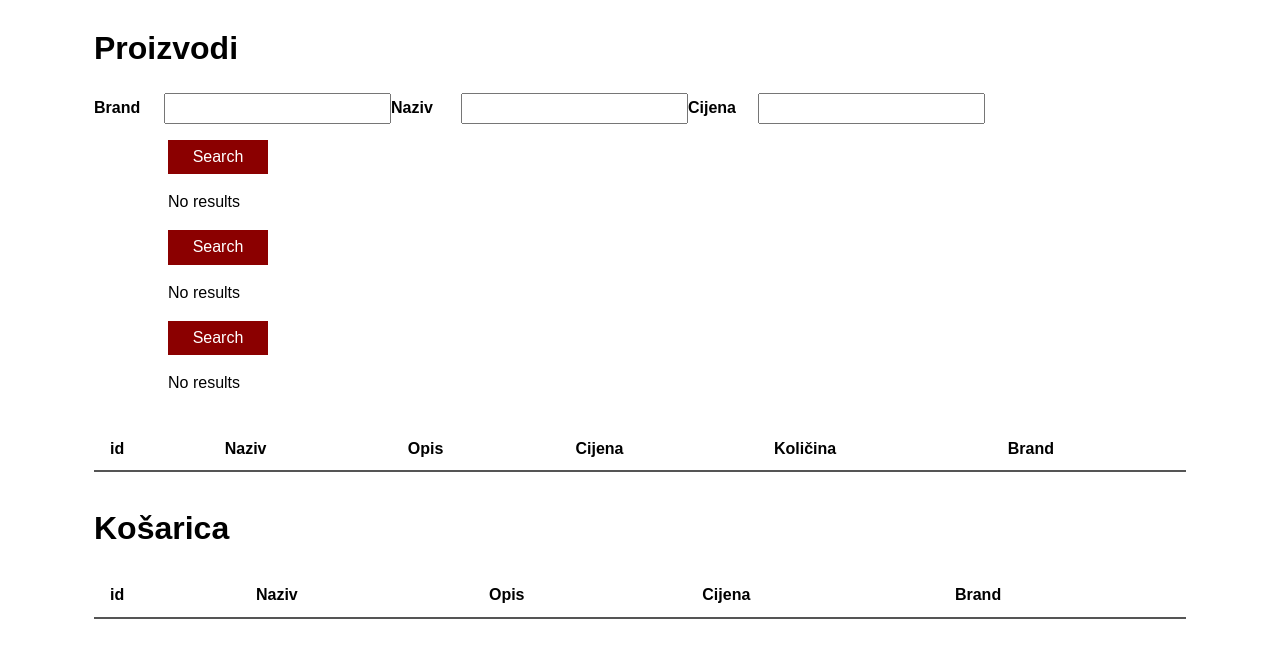
Repository: ivan-baljkas/pristupni_zadatak
Page: / (app in frontend/react-akademija-master/)
An editor plug-in stored every save of this project. The page is shown before and after the next save, followed by the edit.
The browser window is 1280 px wide. The pictures show the whole page.
The page's requests for data from a server got no answer. The project was rebuilt for these pictures with package versions that can differ from the ones it lists, and the page was loaded fresh each time. No one was signed in, and anything a server would have sent is missing. Also part of the build but not shown: frontend/react-akademija-master/src/components/TableItem.jsx, frontend/react-akademija-master/src/components/TableItem2.jsx.

Above is the page before, as saved 2021-07-26 10:44:45.

### frontend/react-akademija-master/public/index.html
<!DOCTYPE html>
<html lang="en">
  <head>
    <meta charset="utf-8" />
    <link rel="icon" href="%PUBLIC_URL%/favicon.ico" />
    <meta name="viewport" content="width=device-width, initial-scale=1" />
    <meta name="theme-color" content="#000000" />
    <meta
      name="description"
      content="Web site created using create-react-app"
    />
    <link rel="apple-touch-icon" href="%PUBLIC_URL%/logo192.png" />
    <!--
      manifest.json provides metadata used when your web app is installed on a
      user's mobile device or desktop. See https://developers.google.com/web/fundamentals/web-app-manifest/
    -->
    <link rel="manifest" href="%PUBLIC_URL%/manifest.json" />
    <!--
      Notice the use of %PUBLIC_URL% in the tags above.
      It will be replaced with the URL of the `public` folder during the build.
      Only files inside the `public` folder can be referenced from the HTML.

      Unlike "/favicon.ico" or "favicon.ico", "%PUBLIC_URL%/favicon.ico" will
      work correctly both with client-side routing and a non-root public URL.
      Learn how to configure a non-root public URL by running `npm run build`.
    -->
    <link rel="stylesheet" type="text/css" href="https://cdnjs.cloudflare.com/ajax/libs/normalize/8.0.1/normalize.min.css">
    <title>Ivan Baljkas</title>
  </head>
  <body>
    <noscript>You need to enable JavaScript to run this app.</noscript>
    <div id="root"></div>
    <!--
      This HTML file is a template.
      If you open it directly in the browser, you will see an empty page.

      You can add webfonts, meta tags, or analytics to this file.
      The build step will place the bundled scripts into the <body> tag.

      To begin the development, run `npm start` or `yarn start`.
      To create a production bundle, use `npm run build` or `yarn build`.
    -->
  </body>
</html>

### frontend/react-akademija-master/src/index.css
body {
  margin: 0;
  font-family: -apple-system, BlinkMacSystemFont, "Segoe UI", "Roboto", "Oxygen",
    "Ubuntu", "Cantarell", "Fira Sans", "Droid Sans", "Helvetica Neue",
    sans-serif;
  -webkit-font-smoothing: antialiased;
  -moz-osx-font-smoothing: grayscale;
}

body {
  max-width: 1140px;
  margin: 0 auto;
  padding: 24px;
  font-family: Arial, sans-serif;
  font-size: 16px;
  line-height: 1.5;
}

h1 {
  margin-top: 0;
}

html {
  box-sizing: border-box;
}
*,
*:before,
*:after {
  box-sizing: inherit;
}

table {
  border-collapse: collapse;
  text-align: left;
  margin-bottom: 2em;
  width: 100%;
}

thead {
  border-bottom: 2px solid #555;
}

thead th,
td {
  padding: 0.6em 1em;
}

tbody tr:nth-child(even) {
  background-color: #e9e9e9;
}

.pagination {
  text-align: center;
}

button {
  margin: 0 1.5em;
  background-color: darkred;
  color: white;
  border-width: 0;
  padding: 0.5em 1em;
  min-width: 100px;
}

button:disabled {
  opacity: 0.5;
}

.stats {
  border-bottom: 1px solid #555;
  padding-bottom: 1em;
  margin-bottom: 1em;
  text-align: center;
}

form div {
  margin-bottom: 1em;
}

form {
  margin-bottom: 2em;
}

form label {
  display: inline-block;
  min-width: 70px;
}

form button,
.result {
  margin-left: 74px;
}

form input {
  padding: 0.25em 0.5em;
}

form label {
  font-weight: bold;
}

### frontend/react-akademija-master/src/App.js
import React, {useState, useEffect} from "react";
import { SearchForm } from "./components/SearchForm";
import { CollectionTable } from "./components/CollectionTable";
import { TableItem } from "./components/TableItem";
import { TableItem2 } from "./components/TableItem2";
import { CollectionTable2 } from "./components/CollectionTable2";


const App = () => {

  const [state, setState]= useState({
      proizvodi:[],
      odabraniProizvodi:[],
      brandovi: [],
      searchQuery:'',
      brand:'',
      narudzbaId: 1
  });

  const [queryResult, setQueryResult]= useState('No results');


  /* Dohvaćanje proizvoda */
useEffect(() => {
  fetch(`http://localhost:8080/api/proizvod`)
    .then((data) => data.json())
    .then((data) => {
      console.log(data)
      setState({...state, proizvodi:data})
    })
    .catch((error)=>{
        console.log('Error: ',error);
    });

    fetch(`http://localhost:8080/api/brand`)
    .then((data) => data.json())
    .then((data) => {
      console.log(data)
      setState({...state, brandovi:data})
    })
    .catch((error)=>{
        console.log('Error: ',error);
    });
},[]);

const handleSearch = (event) => {
  event.preventDefault();

};

const handleQueryChange = (event) => {
  const value = event.currentTarget.value;
  setState({ ...state, searchQuery: value });
  };


const handleDodajProizvod = (proizvodId) => {

  const data = { narudzbaId: state.narudzbaId, proizvodId: proizvodId };


  fetch('http://localhost:8080/api/narudzba-proizvod', {
        method: 'POST',
        headers: {
        'Content-Type': 'application/json',
        },
        body: JSON.stringify(data),
        })
        .then(response => response.json())
        .then(data => {
        console.log('Success:', data);
          })
      .catch((error) => {
      console.error('Error:', error);
        });


  let newProizvodi = state.proizvodi;
  newProizvodi.forEach(p=>{
    if(p.id === proizvodId){
        p.kolicina=p.kolicina-1;
    }
  });


  fetch(`http://localhost:8080/api/proizvod/${proizvodId}`)
  .then((data) => data.json())
  .then((data) => {
    setState({...state,
                proizvodi:newProizvodi.filter(p=> p.kolicina>0),
               odabraniProizvodi:[...state.odabraniProizvodi, data]
              });

  })
  .catch((error)=>{
      console.log('Error: ',error);
  });

};


const handleUkloniProizvod = (proizvodId) => {

  fetch(`http://localhost:8080/api/narudzba-proizvod/${state.narudzbaId}/${proizvodId}`,
  { method: 'DELETE' })

  let newProizvodi = state.proizvodi;
  newProizvodi.forEach(p=>{
    if(p.id === proizvodId){
        p.kolicina=p.kolicina+1;
    }
  });

  let proizvodZaIzbaciti;
  let newodabraniProizvodi = state.odabraniProizvodi;
  newodabraniProizvodi.forEach(p=>{
    if(p.id === proizvodId){
        proizvodZaIzbaciti = p;
    }
  })

  const index = newodabraniProizvodi.indexOf(proizvodZaIzbaciti);
  newodabraniProizvodi.splice(index, 1)

  setState({...state,
    odabraniProizvodi:newodabraniProizvodi
   });

};

  return (
    <div>
      <header>
        <h1>
          Proizvodi
        </h1>
      </header>
      <SearchForm state={state}  handleSearch={handleSearch} handleQueryChange={handleQueryChange}>
          {queryResult}
        </SearchForm>
        <CollectionTable>
        {state.proizvodi.map(proizvod=>(
          <TableItem id={proizvod.id} {...proizvod} brandovi={state.brandovi} handleDodajProizvod={handleDodajProizvod}/>
        ))}
        </CollectionTable>
        <h1>
          Košarica
        </h1>
        <CollectionTable2>
        {state.odabraniProizvodi.map(proizvod=>(
          <TableItem2 id={proizvod.id} {...proizvod} brandovi={state.brandovi} handleUkloniProizvod={handleUkloniProizvod}/>
        ))}
        </CollectionTable2>
    </div>
  );
};

export default App;

### frontend/react-akademija-master/src/components/SearchForm.jsx
import React from 'react'

export const SearchForm = (props) =>{

    return(
        <div>
            <form  onClick={props.handleSearch}>
            <div>

                <label htmlFor="query">Brand</label>
                <input type="text" id="query" name="query" onChange={props.handleQueryChange}/>

                <label htmlFor="query">Naziv</label>
                <input type="text" id="query" name="query" onChange={props.handleQueryChange}/>

                <label htmlFor="query">Cijena</label>
                <input type="text" id="query" name="query" onChange={props.handleQueryChange}/>
            </div>
            <div>
                <button type="submit">Search</button>
                <p class="result">{props.children}</p>
                <button type="submit">Search</button>
                <p class="result">{props.children}</p>
                <button type="submit">Search</button>
                <p class="result">{props.children}</p>
            </div>

            </form>

        </div>
    );
};

### frontend/react-akademija-master/src/components/CollectionTable.jsx
import React from 'react'

export const CollectionTable = (props) =>{

    return(
        <div>
            <table>
            <thead>
                <tr>
                    <th>id</th>
                    <th>Naziv</th>
                    <th>Opis</th>
                    <th>Cijena</th>
                    <th>Količina</th>
                    <th>Brand</th>
                </tr>
            </thead>
             <tbody>
                {props.children}
            </tbody>

            </table>
        </div>
    );
};

### frontend/react-akademija-master/src/components/CollectionTable2.jsx
import React from 'react'

export const CollectionTable2 = (props) =>{

    return(
        <div>
            <table>
            <thead>
                <tr>
                    <th>id</th>
                    <th>Naziv</th>
                    <th>Opis</th>
                    <th>Cijena</th>
                    <th>Brand</th>
                </tr>
            </thead>
             <tbody>
                {props.children}
            </tbody>

            </table>
        </div>
    );
};

Loaded but not shown: frontend/react-akademija-master/src/index.js (common file); frontend/react-akademija-master/src/reportWebVitals.js (common file)

After the next save:
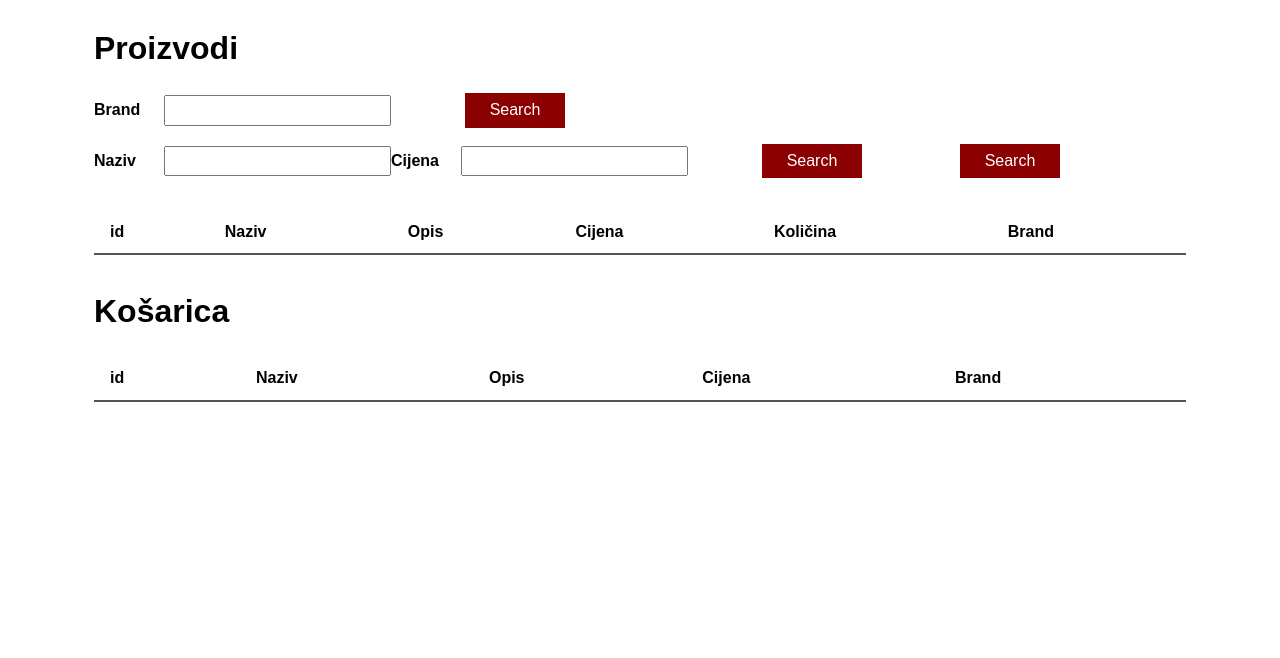
Saved 43 s later.
--- a/frontend/react-akademija-master/src/components/SearchForm.jsx
+++ b/frontend/react-akademija-master/src/components/SearchForm.jsx
@@ -9,20 +9,17 @@ export const SearchForm = (props) =>{
 
                 <label htmlFor="query">Brand</label>
                 <input type="text" id="query" name="query" onChange={props.handleQueryChange}/>
+                <button type="submit">Search</button>
 
-                <label htmlFor="query">Naziv</label>
+            </div>
+            <div>
+            <label htmlFor="query">Naziv</label>
                 <input type="text" id="query" name="query" onChange={props.handleQueryChange}/>
 
                 <label htmlFor="query">Cijena</label>
                 <input type="text" id="query" name="query" onChange={props.handleQueryChange}/>
-            </div>
-            <div>
                 <button type="submit">Search</button>
-                <p class="result">{props.children}</p>
                 <button type="submit">Search</button>
-                <p class="result">{props.children}</p>
-                <button type="submit">Search</button>
-                <p class="result">{props.children}</p>
             </div>
 
             </form>
